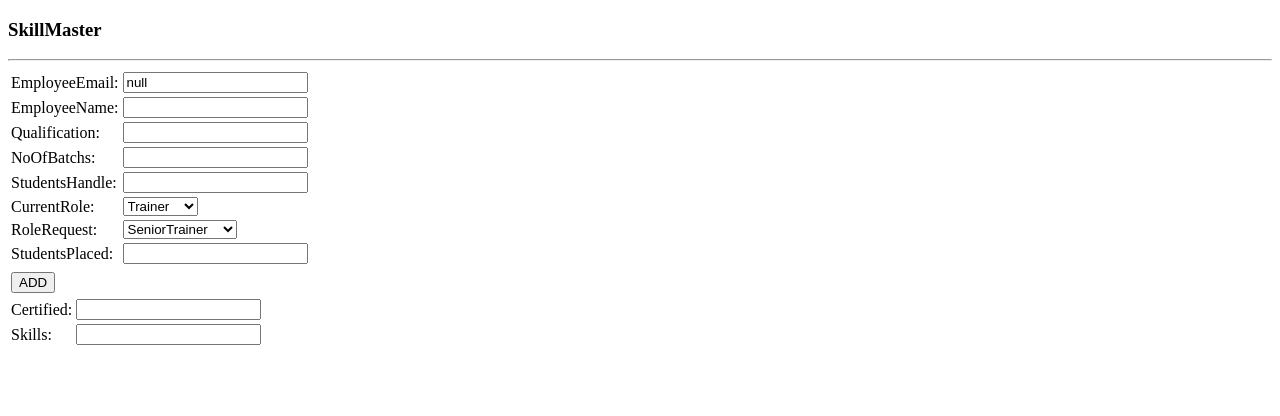
Repository: Karthi-Mano/AdvanceJavaPrograms
Page: http://localhost/CEBProject/skillsetrequest.jsp
The author's editor kept a copy of each file at every save. The page is drawn from the files as they stood at one save, then again after the next save.
The browser window is 1280 px wide. The pictures show the whole page.
The page is served by Tomcat 9. Other server files are loaded and not shown.

Above is the page before, as saved 2018-05-11 18:23:17.

### CEBProject/WebContent/skillsetrequest.jsp

<%@ page language="java" contentType="text/html; charset=ISO-8859-1"
    pageEncoding="ISO-8859-1"%>
<!DOCTYPE html PUBLIC "-//W3C//DTD HTML 4.01 Transitional//EN" "http://www.w3.org/TR/html4/loose.dtd">
<html>
<head>
<meta http-equiv="Content-Type" content="text/html; charset=ISO-8859-1">
<title>Insert title here</title>
</head>
<body>
<h3>SkillMaster</h3>
<hr>
<%
HttpSession sess=request.getSession(true);
String s=(String)sess.getAttribute("email");
%>

<form action="skillsetrequestform" method="get">

<table>
<tr><td>EmployeeEmail:</td><td><input type="text" name="email" value="<%=s%>"/></td></tr>
<tr><td>EmployeeName:</td><td><input type="text" name="empname"/></td></tr>
<tr><td>Qualification:</td><td><input type="text" name="quali"/></td></tr>
<tr><td>NoOfBatchs:</td><td><input type="text" name="nobatch"/></td></tr>
<tr><td>StudentsHandle:</td><td><input type="text" name="stuh"/></td></tr>
<tr><td>CurrentRole:</td><td><select name="crole">
<option>Trainer</option>
<option>Mentor</option>
<option>Manager</option>
</select></td></tr>
<tr><td>RoleRequest:</td><td><select name="role">
<option>SeniorTrainer</option>
<option>SeniorMentor</option>
<option>SeniorManager</option>
</select></td></tr>

<tr><td>StudentsPlaced:</td><td><input type="text" name="stup"/></td></tr>
<tr><td></td><td><input type="hidden" name="stus" value="waiting"/></td></tr>

<tr><td><input type="submit" value="ADD"/></td></tr>
</table>
</form>
<form action="">
<table>
<tr><td>Certified:</td><td><input type="text" name="certified"/></td></tr>
<tr><td>Skills:</td><td><input type="text" name="skills"/></td></tr>
</table>

</form>
</body>
</html>

After the next save:
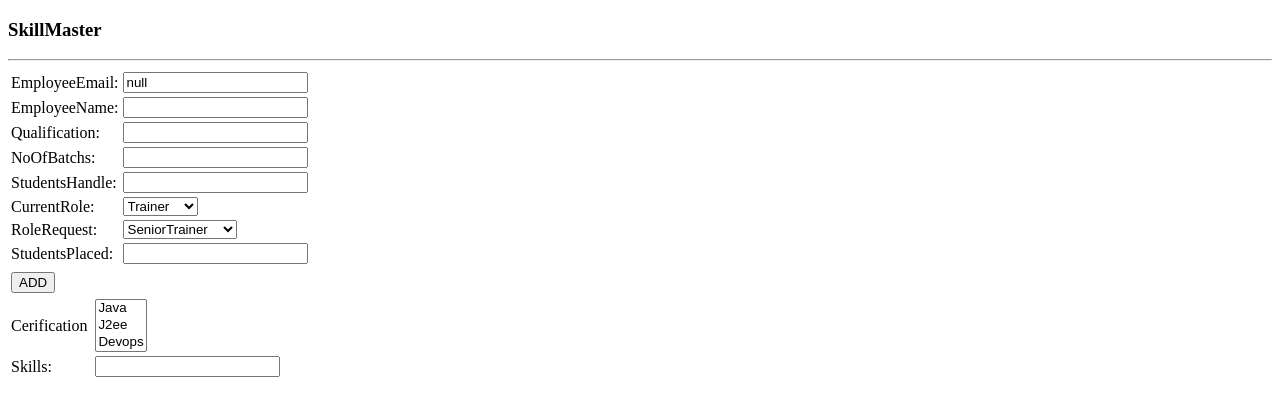
Saved 8 min 53 s later.
--- a/CEBProject/WebContent/skillsetrequest.jsp
+++ b/CEBProject/WebContent/skillsetrequest.jsp
@@ -42,7 +42,15 @@ String s=(String)sess.getAttribute("email");
 </form>
 <form action="">
 <table>
-<tr><td>Certified:</td><td><input type="text" name="certified"/></td></tr>
+<tr>
+      <td><label>Cerification</label>&nbsp;</td>
+      <td><select name="select2" size="3" multiple="multiple" tabindex="1">
+        <option value="java">Java</option>
+        <option value="j2ee">J2ee</option>
+        <option value="devops">Devops</option>
+        </select>
+        </td>
+        </tr>
 <tr><td>Skills:</td><td><input type="text" name="skills"/></td></tr>
 </table>
 
